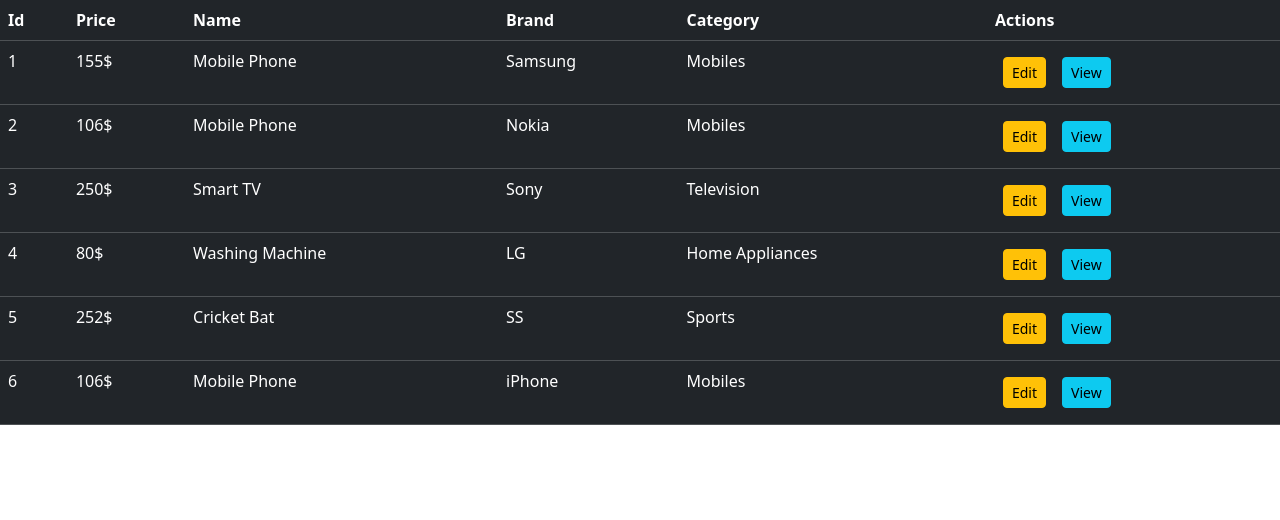
Repository: SriChakraTeja/json-crud
Page: /
The author's editor kept a copy of each file at every save. The page is drawn from the files as they stood at one save, then again after the next save.
The browser window is 1280 px wide. The pictures show the whole page.
The project was rebuilt for these pictures with package versions that can differ from the ones it lists, and the page was loaded fresh each time. Requests to the local data server were answered from the project's data file. Also part of the build but not shown: src/components/ProductDetails.js.

Above is the page before, as saved 2023-12-23 14:00:28.

After the next save:
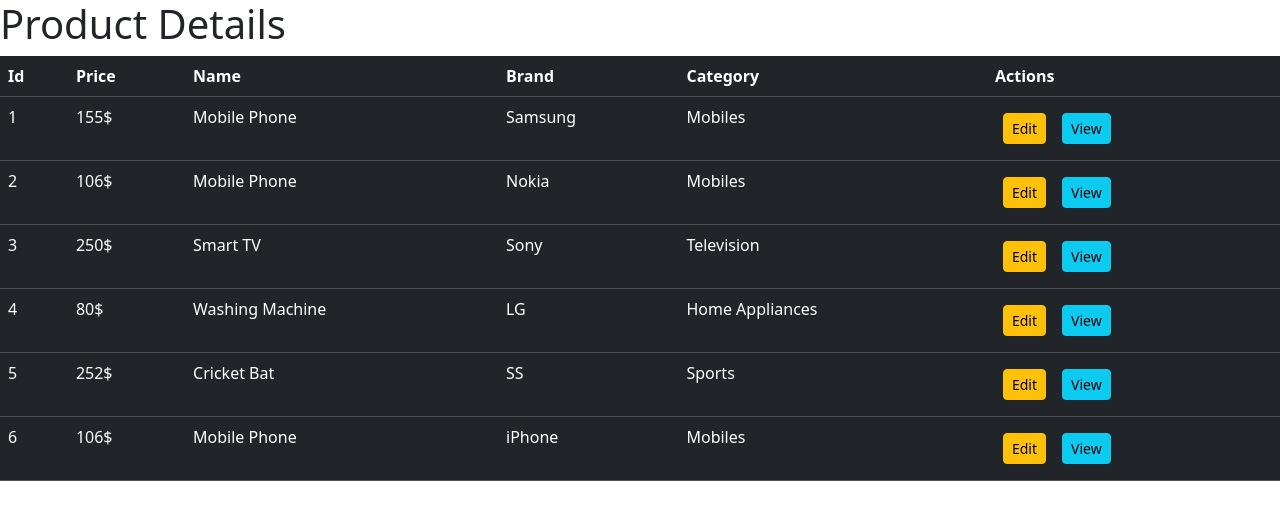
Saved 28 s later.
--- a/src/components/Home.js
+++ b/src/components/Home.js
@@ -10,6 +10,9 @@ const Home = () => {
     })
     return (
         <section>
+            <h1>
+                Product Details
+            </h1>
             <table className='table table-dark'>
                 <thead>
                     <tr>
